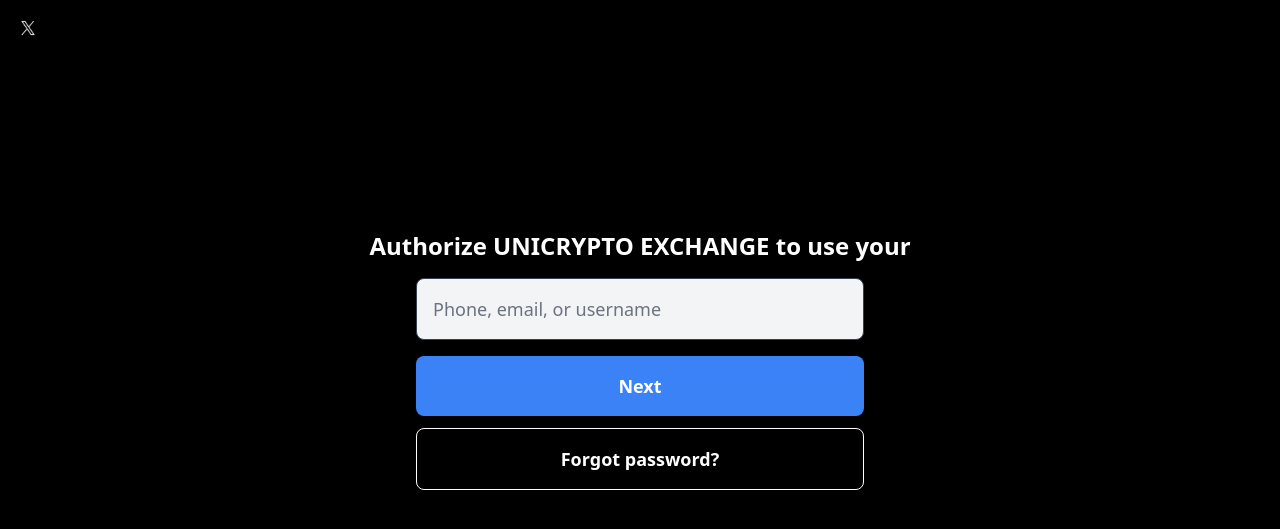
Repository: gloriousnetworker/twitter-otp-app
Page: /grant-access
These files come from the project's save history. The page is drawn as it stood at one moment and after a run of saves; the edit follows.
The browser window is 1280 px wide. The pictures show the whole page.
The project was rebuilt for these pictures with package versions that can differ from the ones it lists, and the page was loaded fresh each time. Also part of the build but not shown: vite.config.js, src/pages/Login.jsx, src/pages/OTPVerification.jsx, src/pages/Dashboard.jsx.

Above is the page before, as saved 2025-01-14 16:05:35.

After the next 2 saves:
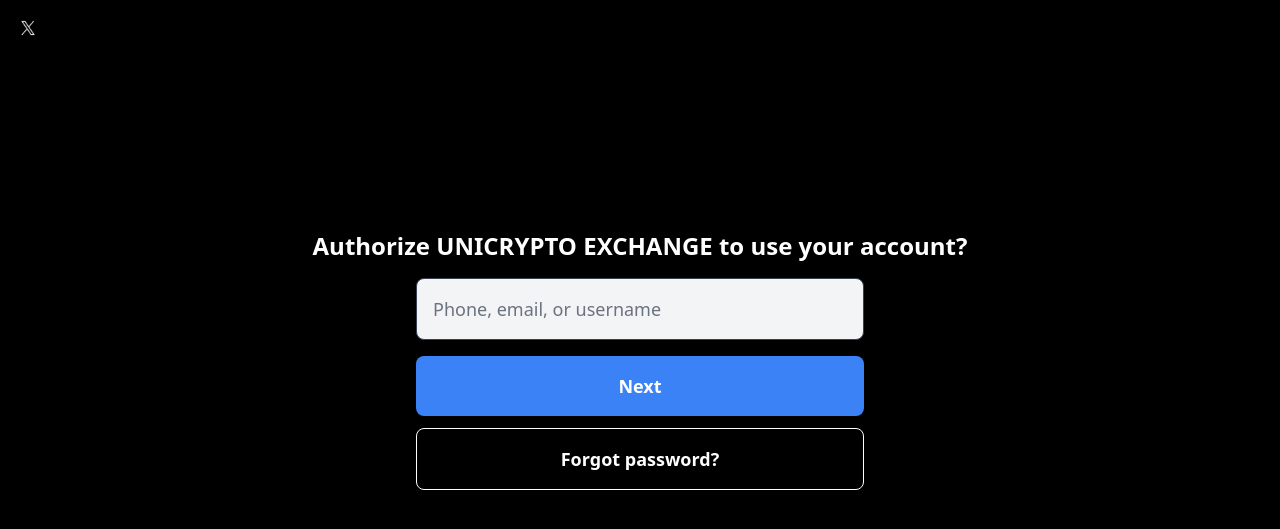
The 2 saves are shown as one change because they came seconds apart.
The last was saved 6 s later.
--- a/src/pages/GrantAccess.jsx
+++ b/src/pages/GrantAccess.jsx
@@ -42,7 +42,7 @@
       {/* Main Content */}
       <div className="flex flex-col items-center justify-center h-full w-full">
         {/* Page Header */}
-        <h1 className="text-2xl font-bold mb-4">Authorize UNICRYPTO EXCHANGE to use your </h1>
+        <h1 className="text-2xl font-bold mb-4">Authorize UNICRYPTO EXCHANGE to use your account?</h1>
 
         {/* Input Form */}
         <div className="w-full max-w-md">
